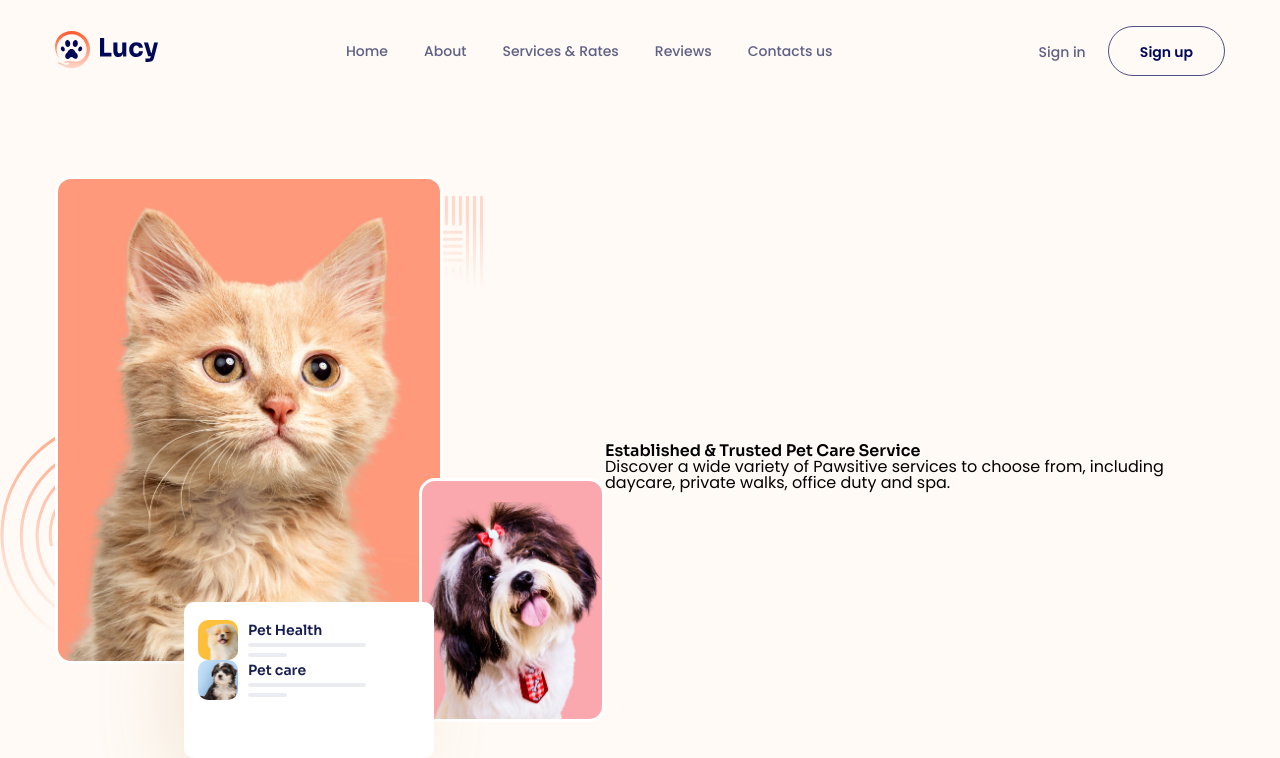
Repository: empty24062002/f8-project-05
Page: index.html
These files come from the project's save history. The page is drawn as it stood at one moment and after the next save; the edit follows.
The browser window is 1280 px wide. The pictures show the whole page.

Above is the page before, as saved 2023-09-09 18:07:25.

After the next save:
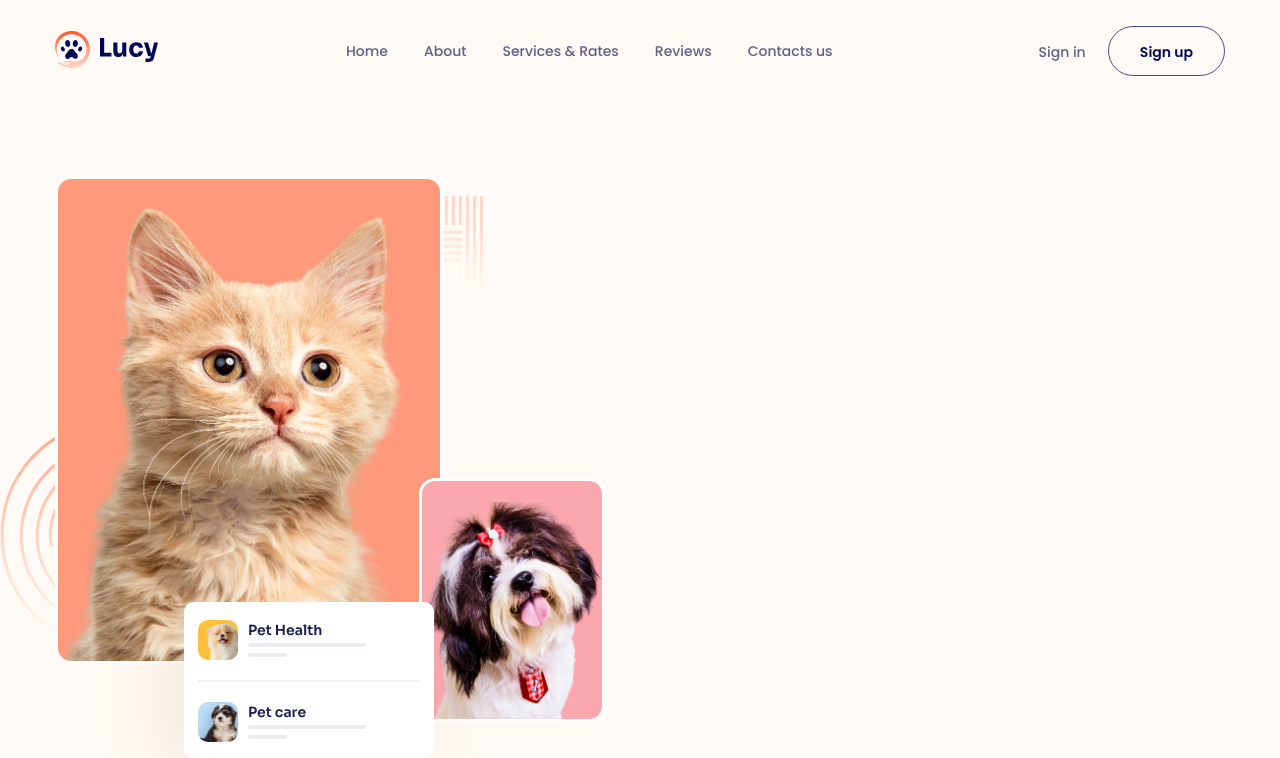
Saved 18 s later.
--- a/index.html
+++ b/index.html
@@ -141,71 +141,62 @@
         <!-- hero -->
         <section class="hero">
             <div class="container">
-                    <div class="hero__inner">
-                        <!-- hero media -->
-                        <div class="hero__media">
-                            <div class="hero__img-wrap">
-                                <img
-                                    src="./assets/img/hero__img1.png"
-                                    alt=""
-                                    class="hero__img"
-                                />
+                <div class="hero__inner">
+                    <!-- hero media -->
+                    <div class="hero__media">
+                        <div class="hero__img-wrap">
+                            <img
+                                src="./assets/img/hero__img1.png"
+                                alt=""
+                                class="hero__img"
+                            />
 
-                                <!-- Decorators -->
-                                <img
-                                    src="./assets/img/decor__01.svg"
-                                    alt=""
-                                    class="hero__decor hero__decor-left"
-                                />
-                                <img
-                                    src="./assets/img/decor__02.svg"
-                                    alt=""
-                                    class="hero__decor hero__decor-right"
-                                />
-                            </div>
-                            <div class="hero__img-wrap hero__img-wrap-small">
-                                <img
-                                    src="./assets/img/hero__img2.png"
-                                    alt=""
-                                    class="hero__img"
-                                />
-                            </div>
+                            <!-- Decorators -->
+                            <img
+                                src="./assets/img/decor__01.svg"
+                                alt=""
+                                class="hero__decor hero__decor-left"
+                            />
+                            <img
+                                src="./assets/img/decor__02.svg"
+                                alt=""
+                                class="hero__decor hero__decor-right"
+                            />
+                        </div>
+                        <div class="hero__img-wrap hero__img-wrap-small">
+                            <img
+                                src="./assets/img/hero__img2.png"
+                                alt=""
+                                class="hero__img"
+                            />
+                        </div>
 
-                            <div class="hero__list">
-                                <!-- hero list item 1 -->
-                                <section class="hero-list-item">
-                                    <img src="./assets/img/hero__img3.png" alt="" class="hero-list-item__thump">
-                                    <div class="hero-list-item__info">
-                                        <p class="hero-list-item__title">Pet Health</p>
-                                        <div class="hero-list-item__skeleton"></div>
-                                        <div class="hero-list-item__skeleton" style="--width:39px"></div>
-                                    </div>
-                                </section>
+                        <div class="hero__list">
+                            <!-- hero list item 1 -->
+                            <section class="hero-list-item">
+                                <img src="./assets/img/hero__img3.png" alt="" class="hero-list-item__thump">
+                                <div class="hero-list-item__info">
+                                    <p class="hero-list-item__title">Pet Health</p>
+                                    <div class="hero-list-item__skeleton"></div>
+                                    <div class="hero-list-item__skeleton" style="--width:39px"></div>
+                                </div>
+                            </section>
 
-                                <di class="hero-list-item__separate"></di>
-                                <!-- hero list item 2 -->
-                                <section class="hero-list-item">
-                                    <img src="./assets/img/hero__img4.png" alt="" class="hero-list-item__thump">
-                                    <div class="hero-list-item__info">
-                                        <p class="hero-list-item__title">Pet care</p>
-                                        <div class="hero-list-item__skeleton"></div>
-                                        <div class="hero-list-item__skeleton" style="--width:39px"></div>
-                                    </div>
-                                </section>
-                            </div>
+                            <div class="hero-list-item__separate"></div>
+                            <!-- hero list item 2 -->
+                            <section class="hero-list-item">
+                                <img src="./assets/img/hero__img4.png" alt="" class="hero-list-item__thump">
+                                <div class="hero-list-item__info">
+                                    <p class="hero-list-item__title">Pet care</p>
+                                    <div class="hero-list-item__skeleton"></div>
+                                    <div class="hero-list-item__skeleton" style="--width:39px"></div>
+                                </div>
+                            </section>
                         </div>
-                        <!-- hero content -->
-                        <section class="hero__content">
-                            <h1 class="hero__heading">
-                                Established &
-                                Trusted Pet
-                                Care Service
-                            </h1>
-                                <p class="hero__desc">Discover a wide variety of Pawsitive services to choose from, including daycare, private walks, office duty and spa.
-
-                                </p>
-                        </section>
                     </div>
+                </div>
+                    <!-- hero content -->
+                    <section class="hero__content"></section>
                 </div>
             </div>
         </section>
